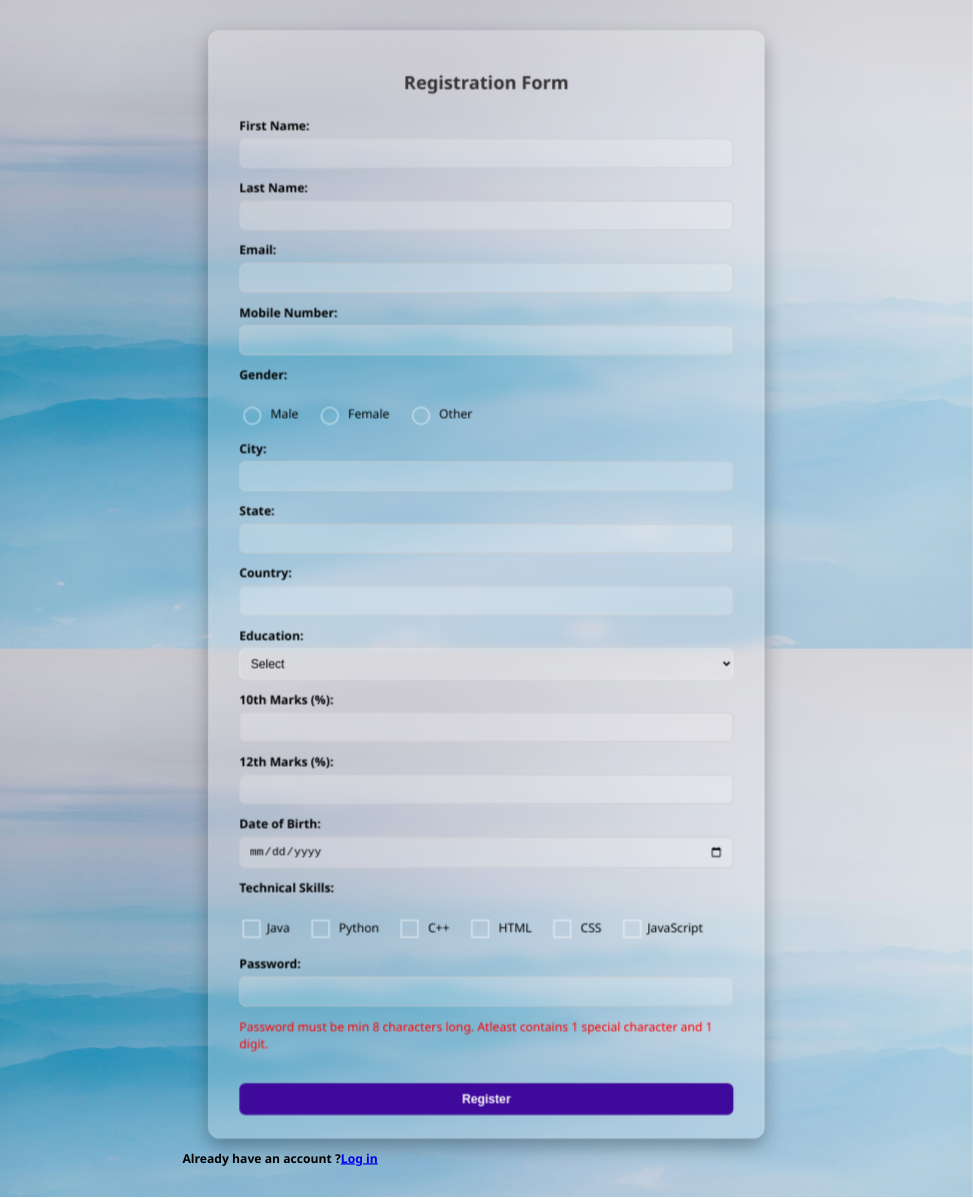
Repository: aboli-vyas/Servlet_Projects
Page: Sevlet_Project/src/main/webapp/Registration.html
An editor plug-in stored every save of this project. The page is shown before and after the next save, followed by the edit.
The browser window is 1280 px wide. The pictures show the whole page, at 76% of full size.
Backgrounds fixed to the window are drawn as part of the page.

Above is the page before, as saved 2025-06-08 12:01:46.

### Sevlet_Project/src/main/webapp/Registration.html
<!DOCTYPE html>
<html lang="en">
<head>
<meta charset="UTF-8">
<title>Registration Form</title>
<link rel="stylesheet" href="style.css">
</head>
<body>
	<form action="register" method="post">
		<div class="form-container">
			<h2>Registration Form</h2>

			<label for="firstname">First Name:</label>
			<input type="text" id="firstname" name="firstname" required>
			<label for="lastname">Last Name:</label>
			<input type="text" id="lastname" name="lastname" required>
			<label for="email">Email:</label>
			<input type="email" id="email" name="email" required>
			<label for="mobile">Mobile Number:</label>
			<input type="tel" id="mobile" name="mobile" required>
			<label>Gender:</label>
			<div class="gender">
				<label><input type="radio" name="gender" value="Male"
					required> Male</label> <label><input type="radio"
					name="gender" value="Female"> Female</label> <label><input
					type="radio" name="gender" value="Other"> Other</label>
			</div>

			<label for="city">City:</label>
			<input type="text" id="city" name="city" required>
			<label for="state">State:</label>
			<input type="text" id="state" name="state" required>
			<label for="country">Country:</label>
			<input type="text" id="country" name="country" required>
			<label for="education">Education:</label>
			<select id="education" name="education" required>
				<option value="">Select</option>
				<option value="High School">High School</option>
				<option value="Diploma">Diploma</option>
				<option value="Undergraduate">Undergraduate</option>
				<option value="Postgraduate">Postgraduate</option>
			</select>
			 <label for="tenth">10th Marks (%):</label>
			 <input type="number" id="tenth" name="tenth" required>
			 <label for="twelfth">12th Marks (%):</label>
			 <input type="number" id="twelfth" name="twelfth" required>

			<label for="dob">Date of Birth:</label>
			<input type="date" id="dob" name="dob" required>
			<label>Technical Skills:</label>
			<div class="checkbox-group">
				<label><input type="checkbox" name="skills" value="Java">Java</label> <label>
					<input type="checkbox" name="skills" value="Python"> Python</label>
					<label><input type="checkbox" name="skills" value="C++"> C++</label>
					<label><input type="checkbox" name="skills" value="HTML"> HTML</label>
					<label><input type="checkbox" name="skills" value="CSS"> CSS</label>
					<label><input type="checkbox" name="skills" value="JavaScript">JavaScript</label>
			</div>

			<label for="password">Password:</label>
			<input type="password" id="password" name="password" required>
			<p style = "color: red;">Password must be min 8 characters long. Atleast contains 1 special character and 1 digit.</p>
			<button type="submit">Register</button>
		</div>
		 <label style="margin-left: 200px">Already have an account ?<a href="Login.html"><u>Log in</u></a></label>
	</form>


</body>
</html>

### Sevlet_Project/src/main/webapp/style.css
body {
    font-family: 'Segoe UI', Tahoma, Geneva, Verdana, sans-serif;
    background: linear-gradient(120deg, #f6f9fc, #e0f7fa);
    background-image: url("Images/bg.jpg");
    background-size: cover;
    background-position: center;
    background-repeat: no-repeat;
    background-attachment: fixed;
    margin: 0;
    padding: 40px;
}

.form-container {
    max-width: 650px;
    margin: auto;
    padding: 30px 40px;
    border-radius: 15px;
    background-color: rgba(255, 255, 255, 0.2);
    color: #fff;
    box-shadow: 0 10px 25px rgba(0, 0, 0, 0.3);
    backdrop-filter: blur(8px);
    -webkit-backdrop-filter: blur(8px);
    border: 1px solid rgba(255, 255, 255, 0.3);
}

h2 {
    text-align: center;
    color: #333;
    margin-bottom: 30px;
}

form label {
    display: block;
    margin-top: 15px;
    font-weight: 600;
    color: black;
}

input[type="text"],
input[type="email"],
input[type="tel"],
input[type="number"],
input[type="date"],
input[type="password"],
select {
    width: 100%;
    padding: 10px 12px;
    margin-top: 6px;
    border: 1px solid #ccc;
    border-radius: 8px;
    box-sizing: border-box;
    font-size: 15px;
    transition: border 0.3s;
}

input:focus, select:focus {
    border-color: #3f0a9b ;
    outline: none;
}
input, select, textarea {
  background-color: rgba(255, 255, 255, 0.2);
  border: 1px solid rgba(255, 255, 255, 0.4);
  padding: 10px;
  border-radius: 8px;
  outline: none;
  font-size: 16px;
}

input::placeholder, textarea::placeholder {
  color: rgba(255, 255, 255, 0.7);
}


.gender,
.checkbox-group {
    margin-top: 8px;
    padding: 5px 0;
}

.gender label,
.checkbox-group label {
    display: inline-block;
    margin-right: 20px;
    font-weight: normal;
}

button {
    margin-top: 25px;
    width: 100%;
    padding: 12px;
    background: #3f0a9b ;
    color: white;
    border: none;
    font-size: 16px;
    font-weight: bold;
    border-radius: 8px;
    cursor: pointer;
    transition: background 0.3s;
}

button:hover {
    background: white;
    color: black;
}

input[type="checkbox"],
input[type="radio"] {
  appearance: none;
  -webkit-appearance: none;
  -moz-appearance: none;
  width: 20px;
  height: 20px;
  border: 2px solid rgba(255, 255, 255, 0.5);
  background-color: transparent;
  cursor: pointer;
  border-radius: 0;
  position: relative;
  vertical-align: middle;
  margin-right: 8px;
}


input[type="radio"] {
  border-radius: 50%;
}


input[type="checkbox"]:checked {
  background-color: rgba(255, 255, 255, 0.7);
  border-color: rgba(255, 255, 255, 0.7);
}


input[type="radio"]:checked {
  background-color: rgba(255, 255, 255, 0.7);
  border-color: rgba(255, 255, 255, 0.7);
}

input[type="radio"]:checked::after {
  content: "";
  display: block;
  width: 10px;
  height: 10px;
  background: rgba(0, 0, 0, 0.8);
  border-radius: 50%;
  position: absolute;
  top: 4px;
  left: 4px;
}

After the next save:
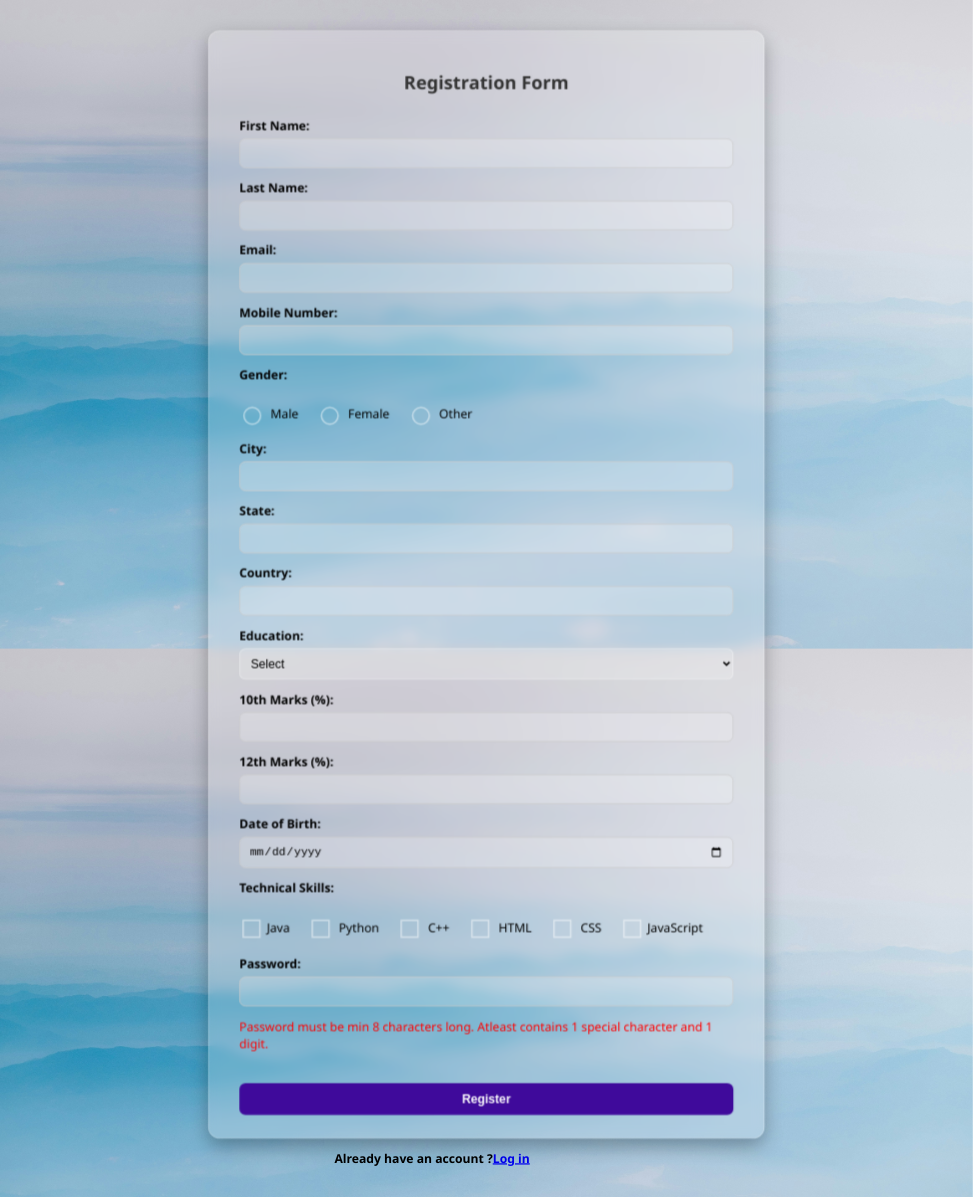
Saved 40 s later.
--- a/Sevlet_Project/src/main/webapp/Registration.html
+++ b/Sevlet_Project/src/main/webapp/Registration.html
@@ -62,7 +62,7 @@
 			<p style = "color: red;">Password must be min 8 characters long. Atleast contains 1 special character and 1 digit.</p>
 			<button type="submit">Register</button>
 		</div>
-		 <label style="margin-left: 200px">Already have an account ?<a href="Login.html"><u>Log in</u></a></label>
+		 <label style="margin-left: 400px">Already have an account ?<a href="Login.html"><u>Log in</u></a></label>
 	</form>
 
 
